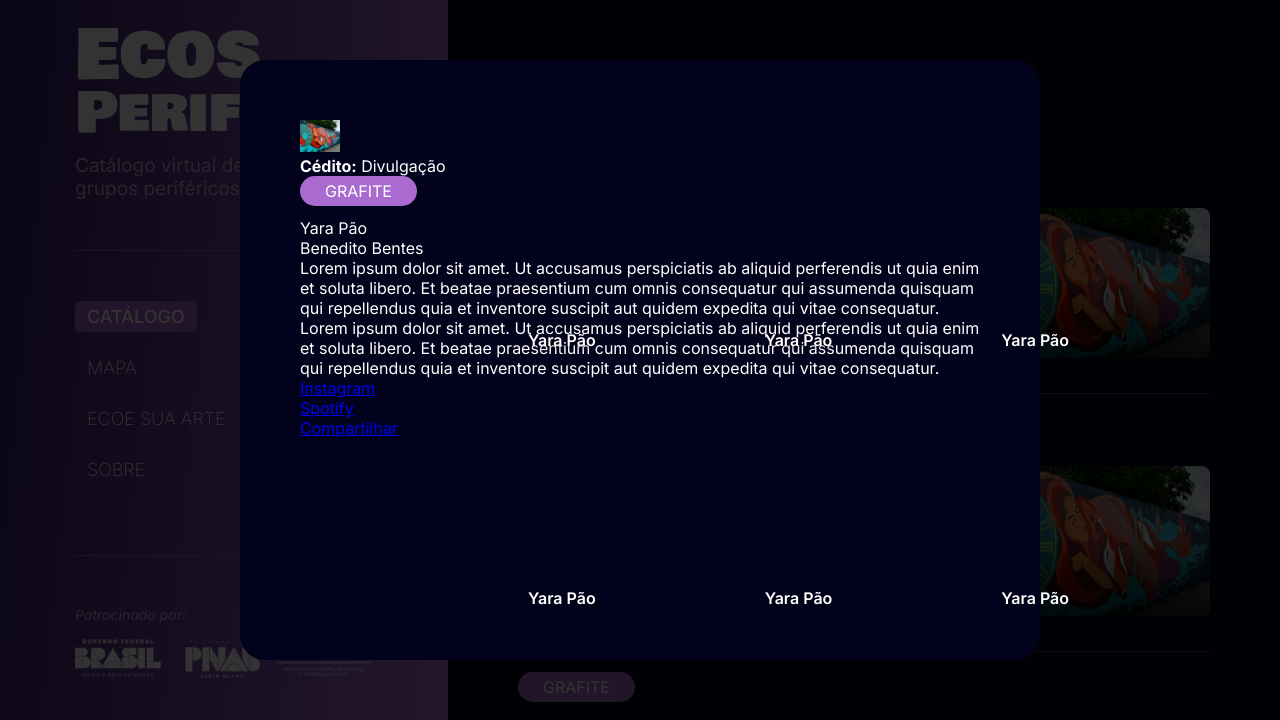
Repository: lucasthaynan/ecos-da-periferia
Page: index.html
An editor plug-in stored every save of this project. The page is shown before and after the next save, followed by the edit.
The browser window is 1280 px wide. The pictures show the whole page.
An inner scrolling area shows only its first screen.

Above is the page before, as saved 2025-11-11 22:45:40.

After the next save:
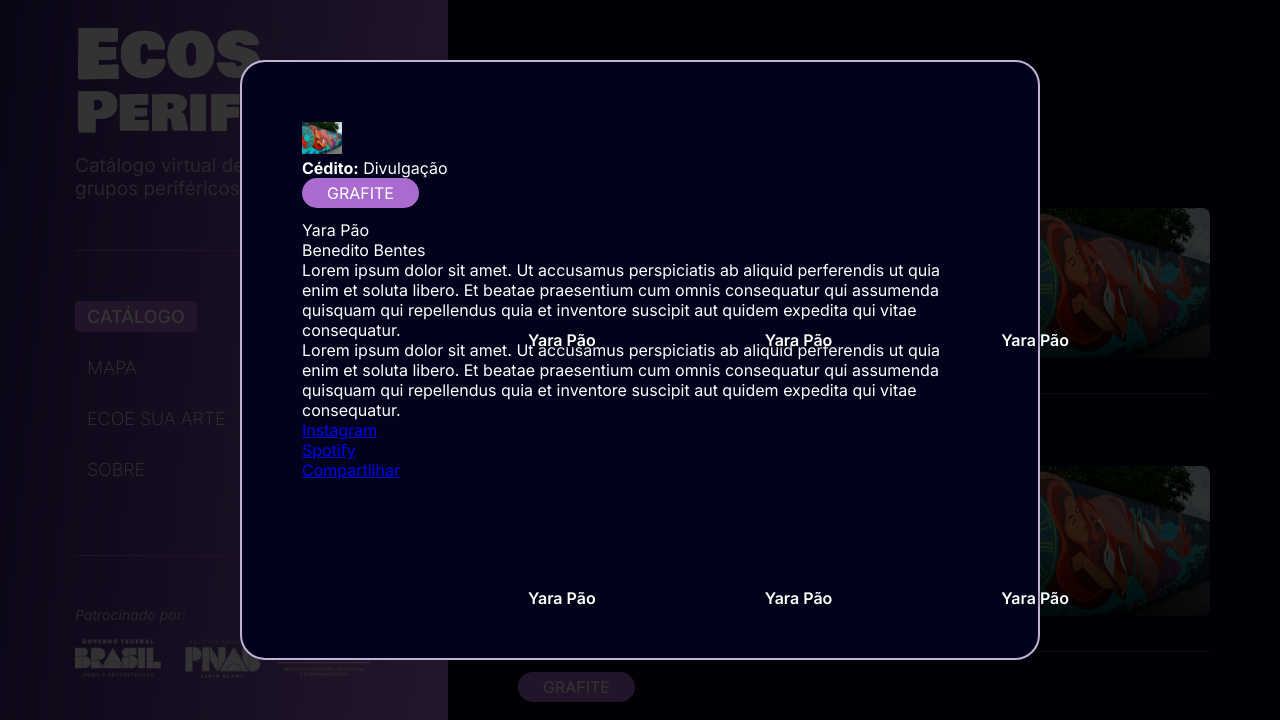
Saved 14 s later.
--- a/style.css
+++ b/style.css
@@ -248,5 +248,6 @@
     background-color: var(--bg-page);
     padding: 60px;
     border-radius: 25px;
-
-}
+    border: 2px solid var(--font-color);
+
+}
